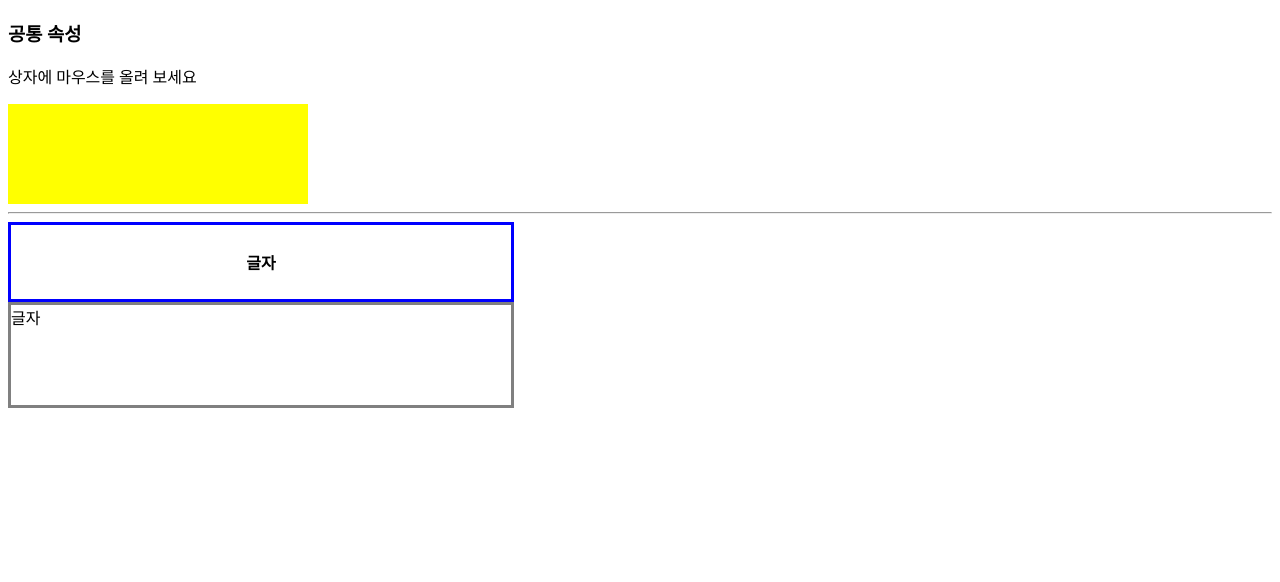
Repository: marudaga/html-css-lecture
Page: work/study/src/main/webapp/htmlEx/ch02/ex06.html
These files come from the project's save history. The page is drawn as it stood at one moment and after the next save; the edit follows.
The browser window is 1280 px wide. The pictures show the whole page.

Above is the page before, as saved 2022-09-06 05:32:04.

After the next save:
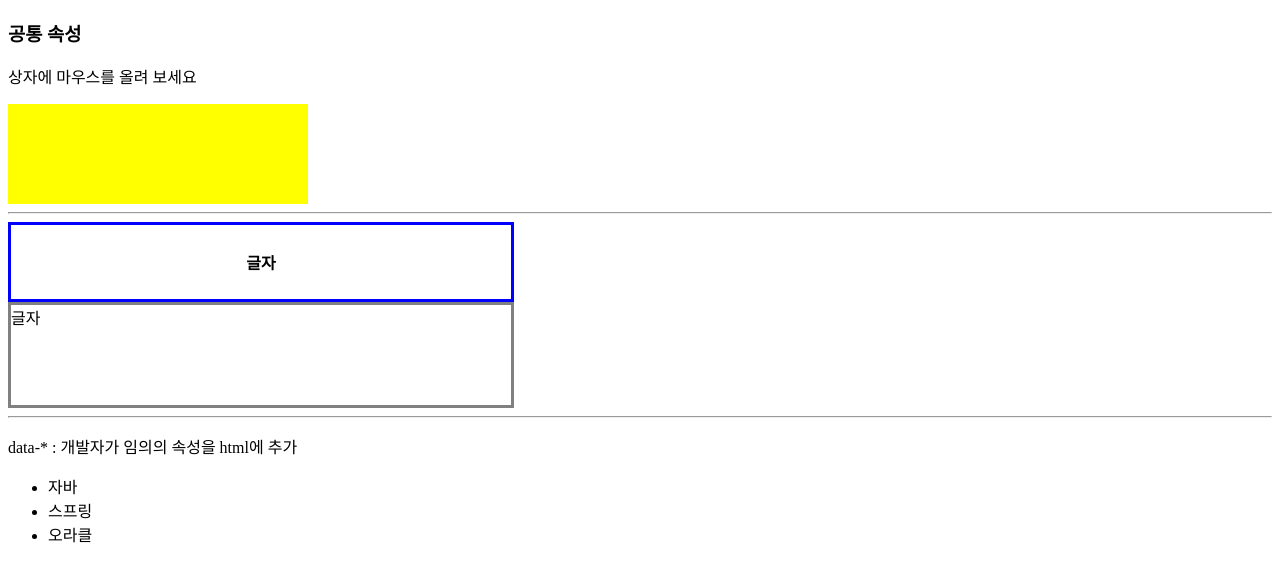
Saved 6 min 25 s later.
--- a/work/study/src/main/webapp/htmlEx/ch02/ex06.html
+++ b/work/study/src/main/webapp/htmlEx/ch02/ex06.html
@@ -31,5 +31,16 @@
 
 <div class="box2">글자</div>
 <div class="box" contenteditable="true">글자</div>
+
+<hr>
+
+<p> data-* : 개발자가 임의의 속성을 html에 추가</p>
+
+
+<ul>
+	<li data-subject="java">자바</li>
+	<li data-subject="spring">스프링</li>
+	<li data-subject="oracle">오라클</li>
+</ul>
 </body>
 </html>
